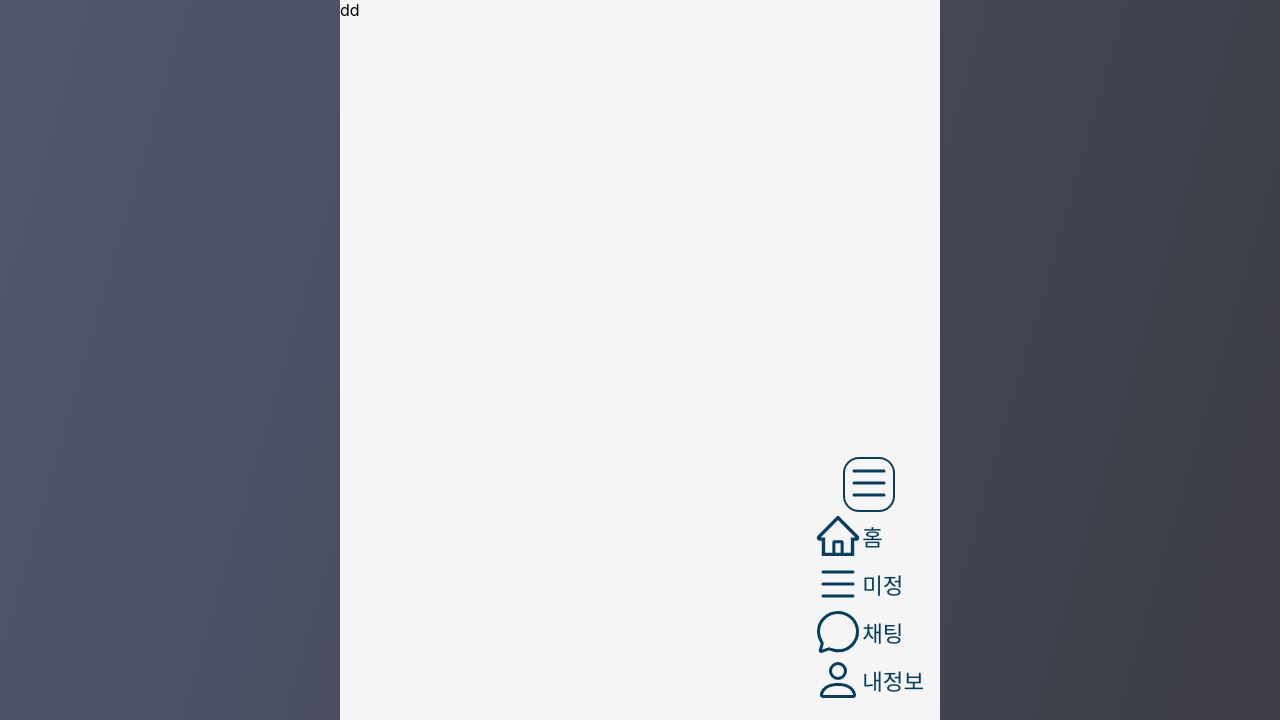
Repository: SeungYn/hanium
Page: /
An editor plug-in stored every save of this project. The page is shown before and after the next save, followed by the edit.
The browser window is 1280 px wide. The pictures show the whole page.
The project was rebuilt for these pictures with package versions that can differ from the ones it lists, and the page was loaded fresh each time. Also part of the build but not shown: src/App.css, src/components/ReadPopup/ReadPopup.module.css, src/components/ReadPopup/ReadPopup.jsx, src/pages/login/Login.jsx.

Above is the page before, as saved 2022-10-26 23:47:58.

### src/index.js
import React from 'react';
import ReactDOM from 'react-dom/client';
import './index.css';
import App from './App';

import { AuthErrorEventBus, AuthProvider } from './context/AuthContext';
import TokenStorage from './db/token';
import HttpClient from './network/http';
import AuthService from './service/auth';

const baseURL = 'https://d4a8ab3f9df191.lhr.life';
const tokenStorage = new TokenStorage();
const authErrorEventBus = new AuthErrorEventBus();
const httpClient = new HttpClient(baseURL, authErrorEventBus, tokenStorage);
const authService = new AuthService(httpClient, tokenStorage);

const root = ReactDOM.createRoot(document.getElementById('root'));
root.render(
  <React.StrictMode>
    <AuthProvider
      authService={authService}
      authErrorEventBus={authErrorEventBus}
      tokenStorage={tokenStorage}
    >
      <App authService={authService} />
    </AuthProvider>
  </React.StrictMode>
);

### src/index.css
:root {
  --color-darkBlue: #073d5d;
  --color-main: #42a5f5;
  --color-bg-dark: #f5f5f5;
  --color-bg: #fdfffd;
  --color-font: #073d5d;
  --color-accent: #073d5d;
  --color-font-accent: white;
  --color-error-bg: rgba(173, 173, 173, 0.401);
  --color-popup-bg: white;
  /* 사이즈 */
  --font-size-medium: 1.4rem;
  --font-size-small: 1rem;
}

* {
  box-sizing: border-box;
}

html,
body {
  height: 100%;
  width: 100%;
  margin: 0;
  background: rgb(81, 87, 111);
  background: linear-gradient(
    106deg,
    rgba(81, 87, 111, 1) 0%,
    rgba(60, 61, 69, 1) 100%
  );
  accent-color: var(--color-accent);
}
a {
  text-decoration: none;
  color: var(--color-font);
}
ul {
  padding: 0;
  margin: 0;
  list-style: none;
}
#root {
  height: 100%;
  width: 100%;
  max-width: 600px;
  background-color: var(--color-bg-dark);
  margin: auto;
  display: flex;
  flex-direction: column;
  position: relative;
}

button {
  cursor: pointer;
}
body {
  margin: 0;
  font-family: -apple-system, BlinkMacSystemFont, 'Segoe UI', 'Roboto', 'Oxygen',
    'Ubuntu', 'Cantarell', 'Fira Sans', 'Droid Sans', 'Helvetica Neue',
    sans-serif;
  -webkit-font-smoothing: antialiased;
  -moz-osx-font-smoothing: grayscale;
}

code {
  font-family: source-code-pro, Menlo, Monaco, Consolas, 'Courier New',
    monospace;
}

### src/App.js
import { useCallback } from 'react';
import { createBrowserRouter, RouterProvider } from 'react-router-dom';
import './App.css';
import FirstPage from './pages/firstPage/FirstPage';
import Root from './pages/Root';

// const router = createBrowserRouter([
//   {
//     path: '/',
//     element: <Root />,
//     children: [],
//   },
// ]);

function App({ authService }) {
  const router = useCallback(
    createBrowserRouter([
      {
        path: '/',
        element: <Root />,
        children: [
          { index: true, element: <FirstPage authService={authService} /> },
        ],
      },
    ]),
    [authService]
  );
  return <RouterProvider router={router} />;
}

export default App;

### src/context/AuthContext.jsx
import {
  createContext,
  createRef,
  useCallback,
  useContext,
  useEffect,
  useImperativeHandle,
  useMemo,
  useState,
} from 'react';
import ReadPopup from '../components/ReadPopup/ReadPopup';

import Login from '../pages/login/Login';

const AuthContext = createContext({});

const contextRef = createRef();

export function AuthProvider({
  authService,
  authErrorEventBus,
  children,
  tokenStorage,
}) {
  const [user, setUser] = useState(1);
  const [error, setError] = useState(null);

  const context = useMemo(() => ({}), []);

  const onLogin = async ({ loginId, password }) => {
    await authService
      .headerTokenLogin(loginId, password)
      .then((data) => {
        console.log(data);
        tokenStorage.saveUser({
          memberId: data.memberId,
          nickname: data.nickname,
        });
        setUser({ memberId: data.memberId, nickName: data.nickname });
        console.log(tokenStorage.getUser());
        return;
      })
      .catch((error) => {
        setError(error);
      });
  };

  const logout = useCallback(
    async () =>
      await authService.logout().then(() => {
        setUser(undefined);
      }),
    [authService]
  );

  useEffect(() => {
    authErrorEventBus.listen((err) => {
      console.log('err');
      console.log(err);
      setError(err);
      setUser(undefined);
      authService.logout();
    });
  }, [authErrorEventBus]);

  useEffect(() => {
    if (tokenStorage.getUser()) {
      setUser({ ...tokenStorage.getUser() });

      //nav('/');
    }

    //setUser({ token: localStorage.getItem('TOKEN') });
  }, []);

  return (
    <AuthContext.Provider value={context}>
      {user ? (
        children
      ) : (
        <>
          {error && (
            <ReadPopup content={error} onHandler={setError} type={'error'} />
          )}
          <Login authService={authService} onLogin={onLogin} />
        </>
      )}
    </AuthContext.Provider>
  );
}

export class AuthErrorEventBus {
  listen(callback) {
    this.callback = callback;
  }
  notify(error) {
    this.callback(error);
  }
}

export default AuthContext;
export const fetchToken = () => contextRef.current;
export const useAuth = () => useContext(AuthContext);

### src/db/token.js
const TOKEN = 'token';
const USER = 'user';
const USERNICKNAME = 'userNickName';
export default class TokenStorage {
  saveToken(token) {
    localStorage.setItem(TOKEN, token);
  }

  getToken() {
    return localStorage.getItem(TOKEN);
  }

  saveUser(user) {
    console.log(user);
    localStorage.setItem(USER, JSON.stringify(user));
    console.log(localStorage.getItem(USER));
  }

  getUser() {
    return JSON.parse(localStorage.getItem(USER));
  }

  clearToken() {
    console.log('토큰삭제');
    localStorage.clear(TOKEN);
  }
  clearUser() {
    console.log('유저삭제');
    localStorage.clear(USER);
  }
}

### src/network/http.js
export default class HttpClient {
  constructor(baseURL, authErrorEventBus, tokenStorage) {
    this.baseURL = baseURL;
    this.authErrorEventBus = authErrorEventBus;
    this.tokenStorage = tokenStorage;
  }

  async fetch(url, options) {
    console.log(`${this.baseURL}${url}`);
    let res = undefined;
    try {
      res = await fetch(`${this.baseURL}${url}`, {
        ...options,
        headers: {
          'Content-Type': 'application/json',
          ...options.headers,
        },
      });
    } catch (e) {
      const err = new Error('서버와 연결이 안됩니다.');
      throw err;
    }

    console.log(123);
    console.log(res);
    if (res.headers.get('Authorization')) {
      this.tokenStorage.saveToken(
        res.headers.get('Authorization').split(' ')[1]
      );
    }

    let data;
    console.log(res.headers);
    try {
      data = await res.json();
    } catch (error) {
      console.error('데이터 없어서 에러');
    }
    console.log(res);
    if (res.status > 299 || res.status < 200) {
      const message =
        data && data.message ? data.message : 'Something went wrong! 🤪';

      let error = new Error(message);

      if (res.status === 401) {
        console.log('401에러');
        error = new Error('로그인 정보가 잘 못 됐습니다.');
        this.authErrorEventBus.notify(error);
        return;
      }
      if (res.status === 400) {
        error.name = data.code ? data.code : '에러코드 등록 필요';
        console.log(error.message);
        throw error;
      }
      throw error;
    }

    return data;
  }
}

### src/service/auth.js
export default class AuthService {
  constructor(http, tokenStorage) {
    this.http = http;
    this.tokenStorage = tokenStorage;
  }

  //내 정보
  async getMyInfo() {
    const data = await this.http.fetch('/user', {
      method: 'GET',
      headers: this.getHeaders(),
    });
    return data;
  }

  //노드 /signup
  //스프링 /join
  async signup({
    nickname,
    loginId,
    password,
    email,
    sex,
    university,
    dept,
    sno,
  }) {
    console.log(nickname, loginId, password, email, sex, university, dept, sno);
    const data = await this.http.fetch('/auth/join', {
      method: 'POST',
      body: JSON.stringify({
        nickname,
        password,
        loginId,
        email,
        sex,
        university,
        dept,
        sno,
      }),
    });
    //this.tokenStorage.saveToken(data.token);
    return data;
  }

  //헤더로 토큰 받고 로그인
  async headerTokenLogin(loginId, password) {
    console.log(loginId, password);
    const data = await this.http.fetch(`/auth/login`, {
      method: 'POST',
      body: JSON.stringify({ loginId, password }),
    });
    // const res = await fetch(`${this.http.baseURL}/login`, {
    //   method: 'POST',
    //   headers: {
    //     'Content-Type': 'application/json',
    //   },
    //   body: JSON.stringify({ loginId, password }),
    // });

    // let data;
    // try {
    //   data = await res.json();
    // } catch (error) {
    //   console.error(error);
    // }

    // if (res.status > 299 || res.status < 200) {
    //   console.log('승유');
    //   const message =
    //     data && data.message ? data.message : 'Something went wrong! 🤪';
    //   const error = new Error(message);
    //   console.error('error = ', error);

    //   if (res.status === 401) {
    //     this.authErrorEventBus.notify(error);
    //   }
    //   if (res.status === 400) {
    //     error.name = data.code ? data.code : '에러코드 등록 필요';
    //     console.log(error.message);
    //     throw error;
    //   }
    //   throw error;
    // }
    // const token = res.headers.get('Authorization').split(' ')[1];
    // this.tokenStorage.saveToken(token);

    return data;
  }

  //노드서버 /idDuplicate
  //스프링서버 /duplicate-loginId
  async idDuplicateVerification(loginId) {
    const data = await this.http.fetch(`/auth/duplicate-loginId`, {
      method: 'POST',
      body: JSON.stringify({ loginId }),
    });
    return data;
  }

  async nicknameDuplicateVerification(nickname) {
    const data = await this.http.fetch(`/auth/duplicate-nickname`, {
      method: 'POST',
      body: JSON.stringify({ nickname }),
    });
    return data;
  }

  //이메일로 인증번호 받기
  async getEmailAuthenticationNumber(email) {
    console.log(email);
    const data = await this.http.fetch('/auth/mail-auth', {
      method: 'POST',
      body: JSON.stringify({
        email,
      }),
    });
    return data;
  }

  //인증번호 확인
  async authenticationNumberVerification(number) {
    const data = await this.http.fetch('/auth/mailcode-auth', {
      method: 'POST',
      body: JSON.stringify({
        code: number,
      }),
    });
    return data;
  }
  //노드서버 auth/login
  async login(loginId, password) {
    const data = await this.http.fetch('/auth/login', {
      method: 'POST',
      body: JSON.stringify({ loginId, password }),
    });
    this.tokenStorage.saveToken(data.token);
    return data;
  }

  async test() {
    const data = await this.http.fetch('/user', {
      method: 'GET',
      headers: this.getHeaders(),
    });
    return data;
  }

  async me() {
    const token = this.tokenStorage.getToken();
    return this.http.fetch('/me', {
      method: 'GET',
      headers: { Authorization: `Bearer ${token}` },
    });
  }

  async logout() {
    this.tokenStorage.clearToken();
    this.tokenStorage.clearUser();
  }

  getHeaders() {
    const token = this.tokenStorage.getToken();
    return {
      Authorization: `Bearer ${token}`,
    };
  }
}

### src/pages/firstPage/FirstPage.jsx
import React from 'react';

export default function FirstPage() {
  return <div>dd</div>;
}

### src/pages/Root.jsx
import React from 'react';
import { Outlet } from 'react-router-dom';
import Navbar from '../components/Navbar/Navbar';

export default function Root() {
  return (
    <>
      <Outlet />
      <Navbar />
    </>
  );
}

### src/components/Navbar/Navbar.jsx
import React, { useRef } from 'react';
import { NavLink } from 'react-router-dom';
import styles from './Navbar.module.css';
import { AiOutlineHome } from 'react-icons/ai';
import { BsList, BsPerson } from 'react-icons/bs';
import { IoChatbubbleOutline } from 'react-icons/io5';
import { IconContext } from 'react-icons';

export default function Navbar() {
  const navMenuRef = useRef();
  const handleBtn = (e) => {
    console.log(e);

    navMenuRef.current.style.height = '100%';
    // navMenuRef.current.style.opacity = '1';
    // navMenuRef.current.style.pointerEvents = 'all';
  };
  return (
    <nav className={styles.nav}>
      <IconContext.Provider value={{ className: styles.reactIcon }}>
        <div ref={navMenuRef} className={styles.navMenu}>
          <NavLink
            to='/'
            className={({ isActive }) =>
              isActive
                ? `${styles.active} ${styles.link}`
                : `${styles.unactive} ${styles.link}`
            }
          >
            <AiOutlineHome />
            <span className={styles.text}>홈</span>
          </NavLink>

          <NavLink
            to='/1'
            className={({ isActive }) =>
              isActive
                ? `${styles.active} ${styles.link}`
                : `${styles.unactive} ${styles.link}`
            }
          >
            <BsList />
            <span className={styles.text}>미정</span>
          </NavLink>

          <NavLink
            to='/2'
            className={({ isActive }) =>
              isActive
                ? `${styles.active} ${styles.link}`
                : `${styles.unactive} ${styles.link}`
            }
          >
            <IoChatbubbleOutline />
            <span className={styles.text}>채팅</span>
          </NavLink>

          <NavLink
            to='/3'
            className={({ isActive }) =>
              isActive
                ? `${styles.active} ${styles.link}`
                : `${styles.unactive} ${styles.link}`
            }
          >
            <BsPerson />
            <span className={styles.text}>내정보</span>
          </NavLink>
        </div>
        <button className={styles.btn} onClick={handleBtn}>
          <BsList />
        </button>
      </IconContext.Provider>
    </nav>
  );
}

### src/pages/login/Login.module.css
button {
  outline: none;
  border: none;
  color: var(--color-font);
  border: 2px solid var(--color-font);
  padding: 0.4rem 0;
  background-color: transparent;
  border-radius: 1rem;
}

button:hover {
  background-color: var(--color-accent);
  color: var(--color-font-accent);
}

.container {
  display: flex;
  flex-direction: column;
  overflow-y: auto;
  align-items: center;
  width: 100%;
}
.authTitle {
  width: 100%;
  text-align: center;
  color: var(--color-font);
}
.authForm {
  width: 100%;
}

.authForm__itemList .authForm__item,
.authForm__itemList .authForm__emailGroup {
  margin-top: 0.6rem;
}

.authForm__emailGroup {
  display: flex;
}

.emailBtn {
  flex: 0 0 20%;
  font-size: var(--font-size-small);
}

label[for='signup'] {
  cursor: pointer;
}

.form_signup {
  margin-top: 0.6rem;
  text-align: center;
}

.auth_btn {
  margin-top: 0.6rem;
  width: 100%;
  font-size: var(--font-size-medium);
  outline: none;
  border: none;
  color: var(--color-font);
  border: 2px solid var(--color-font);
  padding: 0.4rem 0;
  background-color: transparent;
  border-radius: 1rem;
}

.auth_btn:hover {
  background-color: var(--color-accent);
  color: var(--color-font-accent);
}

### src/components/Navbar/Navbar.module.css
.nav {
  position: absolute;
  bottom: 1rem;
  right: 1rem;
  font-size: var(--font-size-medium);
  text-align: center;
  display: flex;
  flex-direction: column-reverse;
  align-items: center;
}

.link {
  display: flex;
  align-items: center;
}

.link:hover {
  color: black;
}

.navMenu {
  height: 100%;
  /* opacity: 0;
  pointer-events: none;
  transition: all 0.1s ease-out; */
  /* transition: all 0.1s ease-out; */
  overflow: hidden;
}

.btn:hover.navMenu {
  height: 1000px;
}

.btn:hover.navMenu {
  transform: scale(1.4);
}

.reactIcon {
  font-size: 3rem;
}

.btn {
  padding: 0;
}

/* @keyframes listUp {
  0% {
    height: 0%;
  }
  50% {
    height: 50%;
  }
  100% {
    height: 100%;
  }
} */

Loaded but not shown: public/index.html (common file)

After the next save:
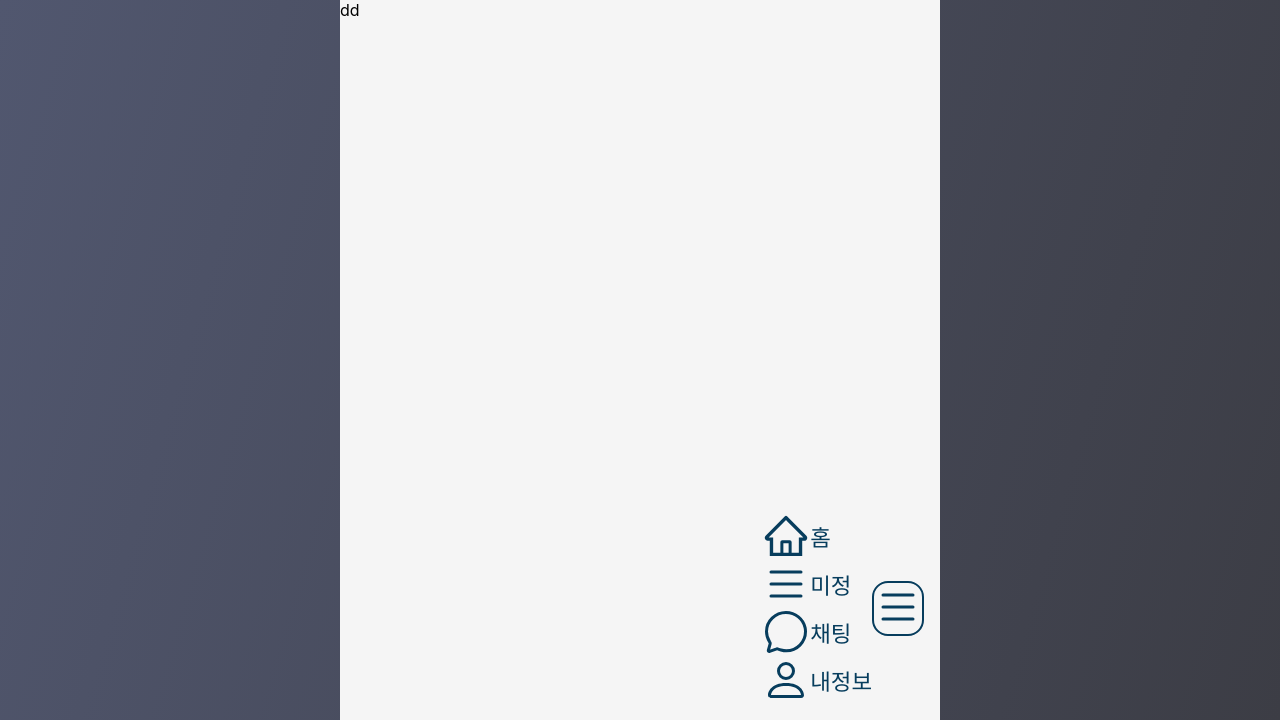
Saved 12 h 52 min later.
--- a/src/components/Navbar/Navbar.module.css
+++ b/src/components/Navbar/Navbar.module.css
@@ -5,7 +5,7 @@
   font-size: var(--font-size-medium);
   text-align: center;
   display: flex;
-  flex-direction: column-reverse;
+
   align-items: center;
 }
 
